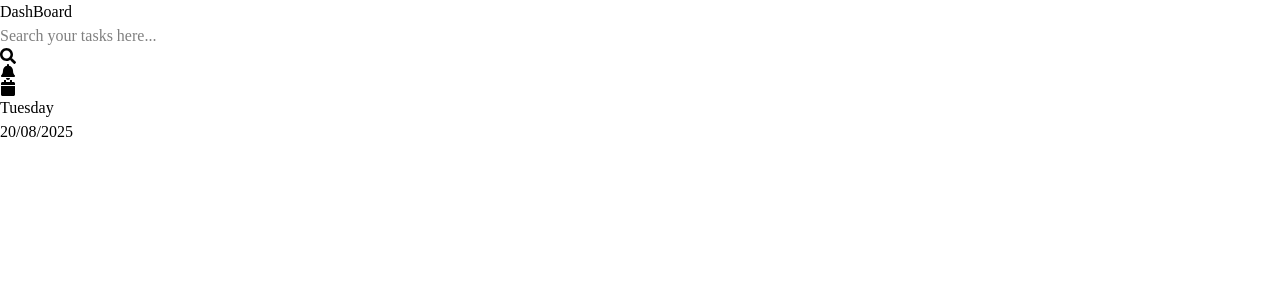
Repository: Mark23Dev/todo-list
Page: /
These files come from the project's save history. The page is drawn as it stood at one moment and after the next save; the edit follows.
The browser window is 1280 px wide. The pictures show the whole page.
The project was rebuilt for these pictures with package versions that can differ from the ones it lists, and the page was loaded fresh each time. Also part of the build but not shown: vite.config.js.

Above is the page before, as saved 2025-08-21 17:29:07.

### src/App.jsx
import HomePage from "./pages/HomePage"

function App() {
  return (
    <div className="app flex flex-col bg-blue-400">
      <HomePage />
    </div>
  )
}

export default App

### src/pages/HomePage.jsx
import NavBar from "../components/NavBar";
import SideBar from "../components/SideBar";

const HomePage = () => {
  return (
    <div className="homePage">
      <NavBar />
      <SideBar />
    </div>
  )
}
export default HomePage;

### src/components/NavBar.jsx
import { FaBell, FaCalendar, FaSearch } from "react-icons/fa";

const NavBar = () => {
  return (
    <div className="navbar flex justify-between p-2 shadow-lg shadow-black-200 bg-blue-900">
      <div className="logo">
        <h1>DashBoard</h1>
      </div>
      <div className="search flex">
        <div className="searchbar flex justify-between bg-blue-500 p-3 rounded-lg">
          <input type="text" placeholder="Search your tasks here..." />
          <div className="bg-amber-100 h-6 w-6 rounded-sm inline-flex items-center justify-center">
            <FaSearch className="text-white" />
          </div>
        </div>

      </div>
      <div className="menu flex gap-5">
        <div className="icons flex gap-2 p-2">
          <div className="bg-amber-300 h-6 w-6 rounded-sm inline-flex items-center justify-center">
            <FaBell className="text-white" />
          </div>
          <div className="bg-amber-300 h-6 w-6 rounded-sm inline-flex items-center justify-center">
            <FaCalendar className="text-white" />
          </div>
        </div>
        <div className="date">
          <p>Tuesday</p>
          <p>20/08/2025</p>
        </div>
      </div>

    </div>
  )
}

export default NavBar;

### src/components/SideBar.jsx
const SideBar = () => {
  return (
    <div className="sidebar"></div>
  )
}

export default SideBar;

Loaded but not shown: index.html (common file); src/main.jsx (common file); src/index.css (common file)

After the next save:
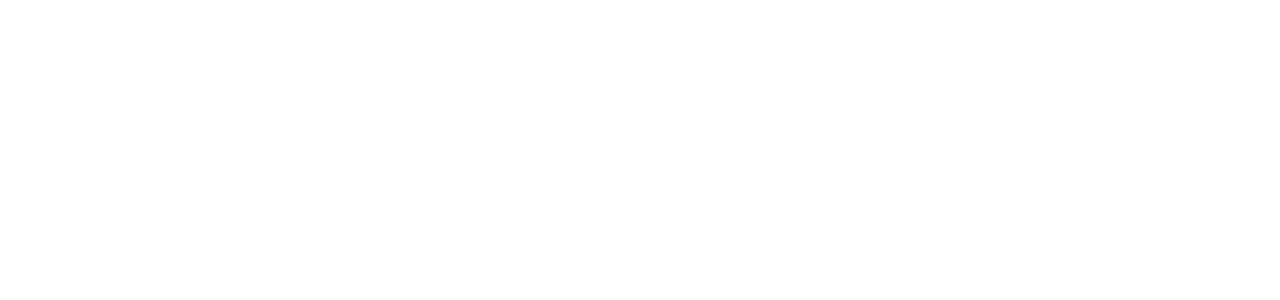
Saved 98 s later.
--- a/src/App.jsx
+++ b/src/App.jsx
@@ -3,7 +3,7 @@
 function App() {
   return (
     <div className="app flex flex-col bg-blue-400">
-      <HomePage />
+      {/* <HomePage /> */}
     </div>
   )
 }

After the save that followed:
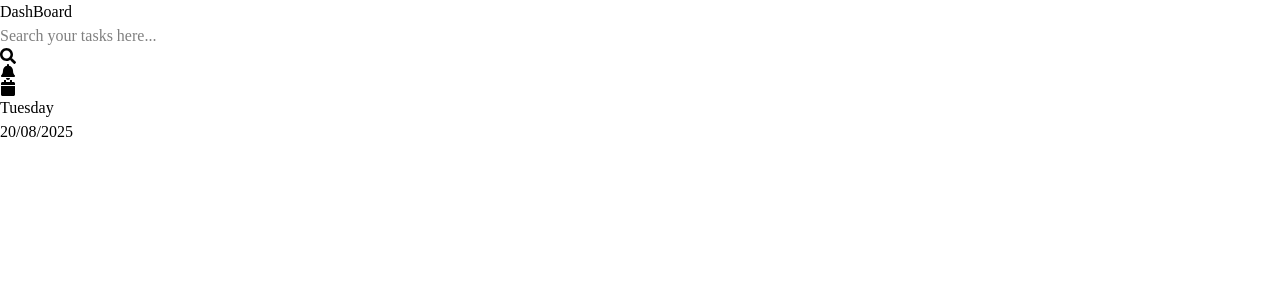
Saved 10 s later.
--- a/src/App.jsx
+++ b/src/App.jsx
@@ -3,7 +3,7 @@
 function App() {
   return (
     <div className="app flex flex-col bg-blue-400">
-      {/* <HomePage /> */}
+      <HomePage />
     </div>
   )
 }
